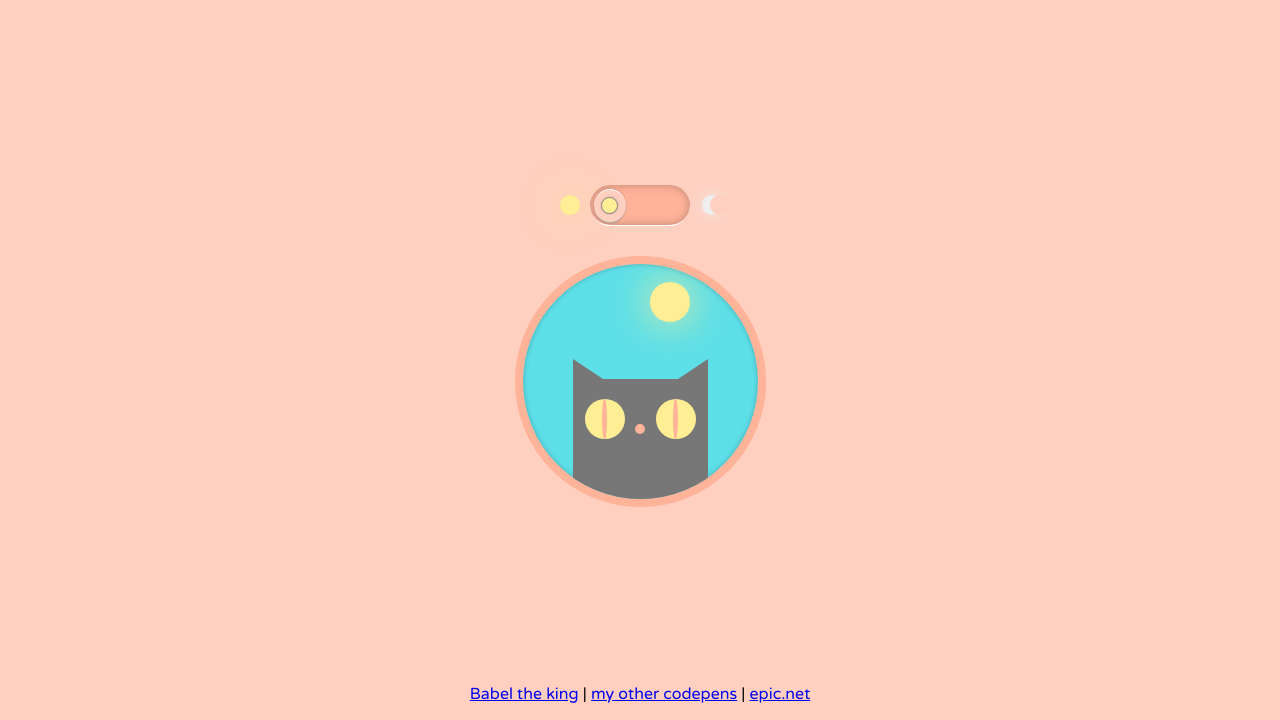
Repository: KHANas02/cat_1
Page: index.html
The author's editor kept a copy of each file at every save. The page is drawn from the files as they stood at one save, then again after the next save.
The browser window is 1280 px wide. The pictures show the whole page.

Above is the page before, as saved 2024-03-31 06:36:56.

After the next save:
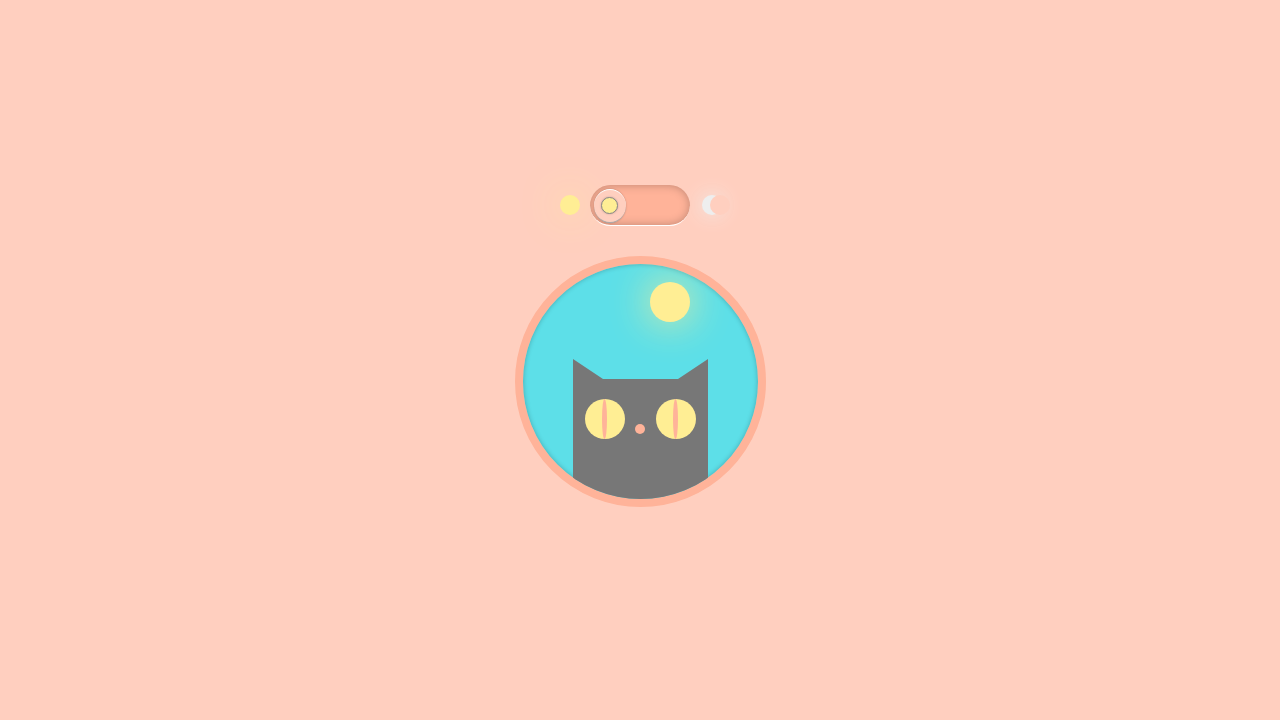
Saved 10 s later.
--- a/index.html
+++ b/index.html
@@ -85,14 +85,7 @@
 
 
 <!--  -->
-	<div id="world">
 
-<div id="credits">
-  <p><a href="http://babeltheking.com" target="blank">Babel the king</a> | <a href="https://codepen.io/Yakudoo/"  target="blank">my other codepens</a>  | <a href="https://www.epic.net" target="blank">epic.net</a></p>
-</div>
-
-
-</div>
 
 
   </body>
